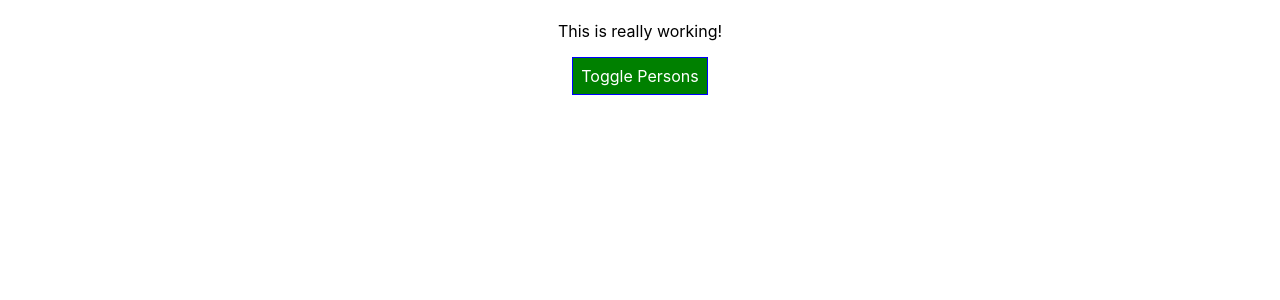
Repository: AidanHak/udemy-react-guide
Page: /
These files come from the project's save history. The page is drawn as it stood at one moment and after the next save; the edit follows.
The browser window is 1280 px wide. The pictures show the whole page.
The project was rebuilt for these pictures with package versions that can differ from the ones it lists, and the page was loaded fresh each time. Also part of the build but not shown: src/components/Persons/Person/Person.module.css, src/components/Persons/Person/Person.js, src/components/ErrorBoundary/ErrorBoundary.js, src/components/Persons/Persons.js.

Above is the page before, as saved 2021-03-09 12:28:18.

### src/index.js
import React from 'react';
import ReactDOM from 'react-dom';
import './index.css';
import App from './containers/App';
import reportWebVitals from './reportWebVitals';

ReactDOM.render(
  <React.StrictMode>
    <App appTitle="Person Manager" />
  </React.StrictMode>,
  document.getElementById('root')
);

// If you want to start measuring performance in your app, pass a function
// to log results (for example: reportWebVitals(console.log))
// or send to an analytics endpoint. Learn more: https://bit.ly/CRA-vitals
reportWebVitals();

### src/containers/App.js
import React, { Component } from 'react';
import styles from './App.module.css';
import Persons from '../components/Persons/Persons';
import Cockpit from '../components/Cockpit/Cockpit';
import withClass from '../hoc/withClass';
import Auxiliary from '../hoc/Auxiliary';

class App extends Component {
	constructor(props) {
		super(props);
		console.log('[App.js] constructor');
	}

	state = {
		persons: [
			{ id: 'sfsdkf', name: 'Max', age: 28},
			{ id: 'kdlsd', name: 'Manu', age: 20}
		],
		showPersons: false
	}

	static getDerivedStateFromProps(props, state) {
		console.log('[App.js] getDerivedStateFromProps', props);
		return state;
	}

	componentDidMount() {
		console.log('[App.js] componentDidMount');
	}

	nameChangedHandler = (event, id) => {
		const personIndex = this.state.persons.findIndex(p => {
			return p.id === id;
		});

		const person = {
			...this.state.persons[personIndex]
		};

		person.name = event.target.value;

		const persons = [...this.state.persons];
		persons[personIndex] = person;

		this.setState({
			persons: persons
		})
	}

	deletePersonHandler = (personIndex) => {
		const persons = [...this.state.persons];
		persons.splice(personIndex, 1);
		this.setState({
			persons: persons
		})
	}

	togglePersonsHandler = () => {
		const doesShow = this.state.showPersons;
		this.setState({
			showPersons: !doesShow
		})
	}

	render() {
		console.log('[App.js] render');
		let persons = null;

		if (this.state.showPersons) {
			persons = <Persons
				persons={this.state.persons}
				clicked={this.deletePersonHandler}
				changed={this.nameChangedHandler} />;
		}

		return (
			<Auxiliary>
				<Cockpit
					title={this.props.appTitle}
					showPersons={this.state.showPersons}
					personsLength={this.state.persons.length}
					clicked={this.togglePersonsHandler} />
				{persons}
			</Auxiliary>
		);
	}
}

export default withClass(App, styles.App);

### src/components/Cockpit/Cockpit.js
import React from 'react';
import styles from './Cockpit.module.css';

const cockpit = (props) => {
	const assignedClasses = [];
	let btnClass = '';
	if (props.showPersons) {
		btnClass = styles.Red;
	}

	if (props.personsLength <= 1) {
		assignedClasses.push(styles.red);
	}
	if (props.personsLength === 0) {
		assignedClasses.push(styles.bold);
	}

	return (
		<div className={styles.Cockpit}>
			<h1>{props.title}</h1>
			<p className={assignedClasses.join(' ')}>This is really working!</p>
			<button
				//style={style}
				//altStyle={this.state.showPersons}
				className={btnClass}
				onClick={props.clicked}>Toggle Persons
			</button>
		</div>
	);
};

export default React.memo(cockpit);

### src/hoc/withClass.js
import React from 'react';

const withClass = (WrappedComponent, className) => {
	return props => (
		<div className={className}>
			<WrappedComponent />
		</div>
	);
};

export default withClass;

### src/components/Cockpit/Cockpit.module.css
.red {
	color: red;
}

.bold {
	font-weight: bold;
}

.Cockpit button {
	background-color:green;
	color:white;
	font:inherit;
	border:1px solid blue;
	padding:8px;
	cursor:pointer;
}

.Cockpit button:hover {
	background-color:lightgreen;
	color:black;
}

.Cockpit button.Red {
	background-color:red;
}

.Cockpit button.Red:hover {
	background-color:salmon;
}

Loaded but not shown: public/index.html (common file); src/index.css (common file); src/reportWebVitals.js (common file); src/containers/App.module.css (common file); src/hoc/Auxiliary.js (common file)

After the next save:
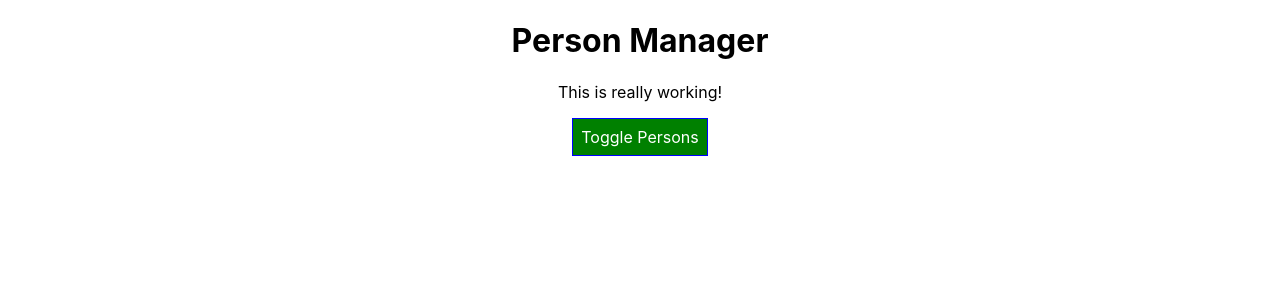
Saved 7 min 6 s later.
--- a/src/hoc/withClass.js
+++ b/src/hoc/withClass.js
@@ -3,7 +3,7 @@ import React from 'react';
 const withClass = (WrappedComponent, className) => {
 	return props => (
 		<div className={className}>
-			<WrappedComponent />
+			<WrappedComponent {...props} />
 		</div>
 	);
 };
